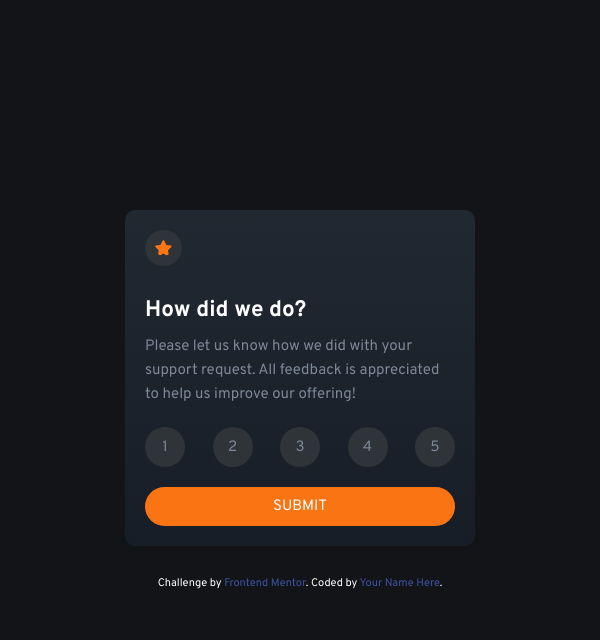
Repository: huynhnhutanhduy/interactive-rating-component
Page: index.html
An editor plug-in stored every save of this project. The page is shown before and after the next save, followed by the edit.
The browser window is 600 px wide. The pictures show the whole page.

Above is the page before, as saved 2022-10-19 11:57:44.

After the next save:
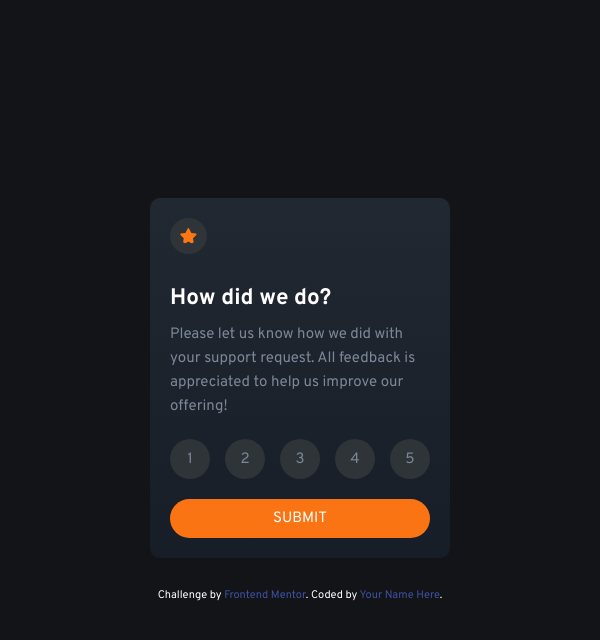
Saved 18 s later.
--- a/app.css
+++ b/app.css
@@ -147,6 +147,6 @@ body,
 }
 @media screen and (max-width: 767px) {
   .rating-container {
-    max-width: 35rem;
+    max-width: 30rem;
   }
 }
